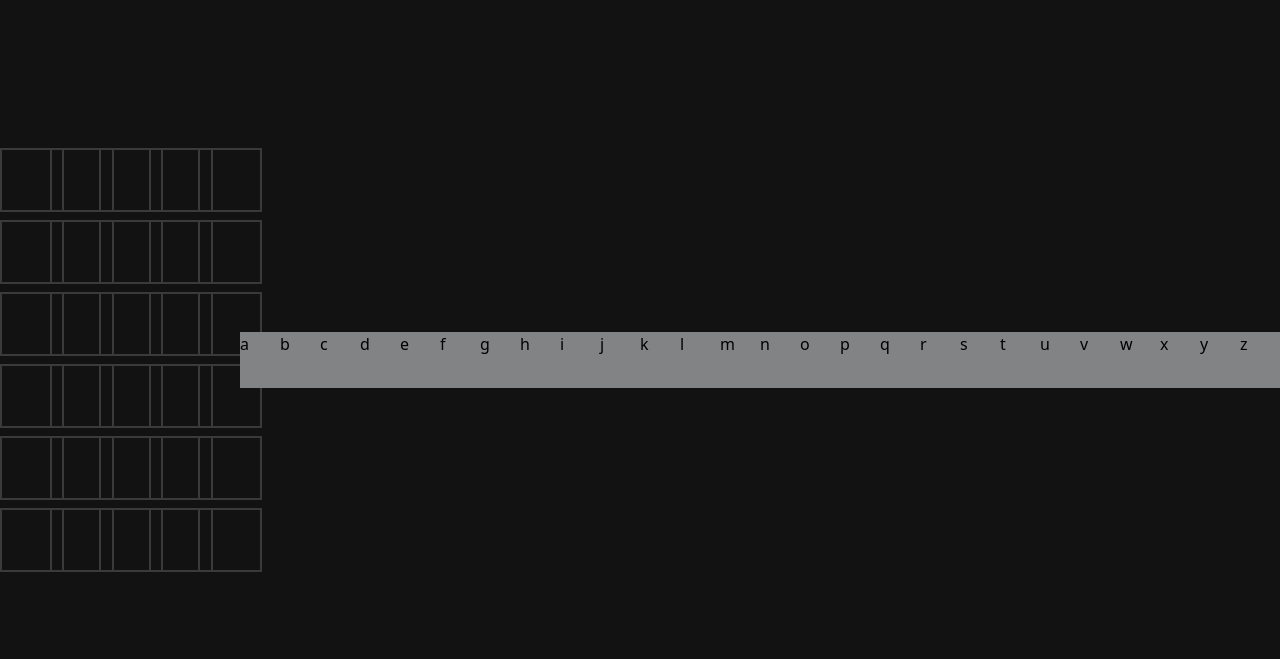
Repository: maxempolk/wordle-app
Page: / (app in frontend/)
An editor plug-in stored every save of this project. The page is shown before and after a run of saves, followed by the edit.
The browser window is 1280 px wide. The pictures show the whole page.
The project was rebuilt for these pictures with package versions that can differ from the ones it lists, and the page was loaded fresh each time. Also part of the build but not shown: frontend/vite.config.ts.

Above is the page before, as saved 2025-02-19 03:15:39.

### frontend/src/assets/main.css
@import 'tailwindcss';

body {
  background-color: #121213;
}

### frontend/src/App.vue
<script setup lang="ts">
import { computed, onMounted, ref } from 'vue'
import TheLetter from './components/TheLetter.vue'
import { useTemplateRef } from 'vue'
import { paintWordle } from './utils/wordle'
import { useRealWordStore } from './stores/realWord'
import theKeyboard from '@/components/TheKeyboard.vue'

const store = useRealWordStore()

const words = ref<string[]>([])
const currentWord = ref<string>('')

type letterType = InstanceType<typeof TheLetter>
const letters = useTemplateRef<letterType[]>('letter')

const completeWord = () => {
  if (words.value.length >= 6 || currentWord.value === undefined) return
  words.value.push(currentWord.value)
  currentWord.value = ''
}

const slotsForCurrentWord = () => {
  const count = words.value.length
  return Array.from({ length: 5 }, (_, i) => count * 5 + i)
}

onMounted(() => {
  addEventListener('keydown', (e: KeyboardEvent) => {
    if (e.key == 'Enter' && currentWord.value.length == 5) {
      const colors = paintWordle(store.word, currentWord.value)
      slotsForCurrentWord().forEach((el: number) => {
        if (letters.value !== null) {
          letters.value[el].completeAnimation(colors[el % 5])
        }
      })
      completeWord()
    } else if (e.key == 'Backspace') currentWord.value = currentWord.value.slice(0, -1)
    else if (e.key.length == 1 && currentWord.value.length < 5) {
      currentWord.value += e.key
    }
  })
})

const rawData = computed(() => {
  return words.value.reduce((word1, word2) => word1 + word2, '') + currentWord.value
})
</script>

<template>
  <div class="flex w-screen h-screen justify-center items-center">
    <div class="grid gap-2 grid-cols-5 w-fit">
      <TheLetter v-for="i in 30" :key="i" :model-value="rawData[i - 1]" ref="letter" />
    </div>
    <theKeyboard />
  </div>
</template>

<style scoped></style>

### frontend/src/components/TheLetter.vue
<script setup lang="ts">
import { computed, ref, useTemplateRef, watch } from 'vue'
import { type State } from '@/types/state'

const props = defineProps<{
  modelValue?: string
}>()

const isRotated = ref(false)
const isScaled = ref(false)
const blockComp = useTemplateRef('block')
const colors = ref<string[]>([])

const scaleAnimation = () => {
  isScaled.value = true
  // blockComp.value?.classList.add('scale-110')

  setTimeout(() => {
    // blockComp.value?.classList.remove('scale-110')
    isScaled.value = false
  }, 150)
}

const stateToColor = (state: State) => {
  if (state == 'placed') return ['bg-[#548D4F]', 'border-[#548D4F]']
  else if (state == 'in-word') return ['bg-[#B69F3B]', 'border-[#B69F3B]']
  return ['bg-[#3A3A3C]', 'border-[#3A3A3C]']
  // else if (state == 'wrong') return 'bg-[#3A3A3C]'
}

const completeAnimation = (state: State) => {
  isRotated.value = true

  setTimeout(() => {
    colors.value = stateToColor(state)
  }, 150)
}

const borderDefaultColor = computed(() => {
  if (isRotated.value) return ''
  if (props.modelValue == undefined) if (props.modelValue === undefined) return 'border-[#3A3A3C]'
  return 'border-[#565758]'
})

watch(
  () => props.modelValue,
  () => {
    scaleAnimation()
  },
)

defineExpose({ completeAnimation })
</script>

<template>
  <div
    class="w-16 h-16 border-2 text-white flex justify-center items-center text-3xl uppercase duration-150"
    :class="[
      ...colors,
      borderDefaultColor,
      { rotateAnimation: isRotated },
      { 'scale-110': isScaled },
    ]"
    ref="block"
  >
    {{ modelValue }}
  </div>
</template>

<style scoped>
@keyframes rotateAnimationKeyFrames {
  0% {
    transform: scaleY(1);
  }
  50% {
    transform: scaleY(0);
  }
  100% {
    transform: scaleY(1);
  }
}

.rotateAnimation {
  animation: rotateAnimationKeyFrames 0.3s linear;
}
</style>

### frontend/src/utils/wordle.ts
import type { State } from '@/types/state'

export function paintWordle(guess: string, secretWord: string) {
  guess = guess.toLowerCase()
  secretWord = secretWord.toLowerCase()

  if (guess.length !== secretWord.length) {
    throw new Error('Words must be of the same length')
  }

  const result = Array(guess.length).fill('wrong')
  const secretWordArray = secretWord.split('') as Array<string | null>

  for (let i = 0; i < guess.length; i++) {
    if (guess[i] === secretWord[i]) {
      result[i] = 'placed'
      secretWordArray[i] = null
    }
  }

  for (let i = 0; i < guess.length; i++) {
    if (result[i] !== 'correct') {
      const index = secretWordArray.indexOf(guess[i])
      if (index !== -1) {
        result[i] = 'in-word'
        secretWordArray[index] = null
      }
    }
  }

  return result as State[]
}

### frontend/src/stores/realWord.ts
import { defineStore } from 'pinia'

export const useRealWordStore = defineStore('realWord', {
  state: () => ({
    word: 'penis',
  }),
  getters: {
    wordValue: (state) => state.word,
  },
  actions: {
    change(newWord: string) {
      this.word = newWord
    },
  },
})

### frontend/src/components/TheKeyboard.vue
<script setup lang="ts">
const alph = 'abcdefghijklmnopqrstuvwxyz'
</script>

<template>
  <div class="flex">
    <div class="bg-[#818384] h-14 w-10" v-for="char in alph" :key="char">
      {{ char }}
    </div>
  </div>
</template>

Loaded but not shown: frontend/index.html (common file); frontend/src/main.ts (common file)

After the next 2 saves:
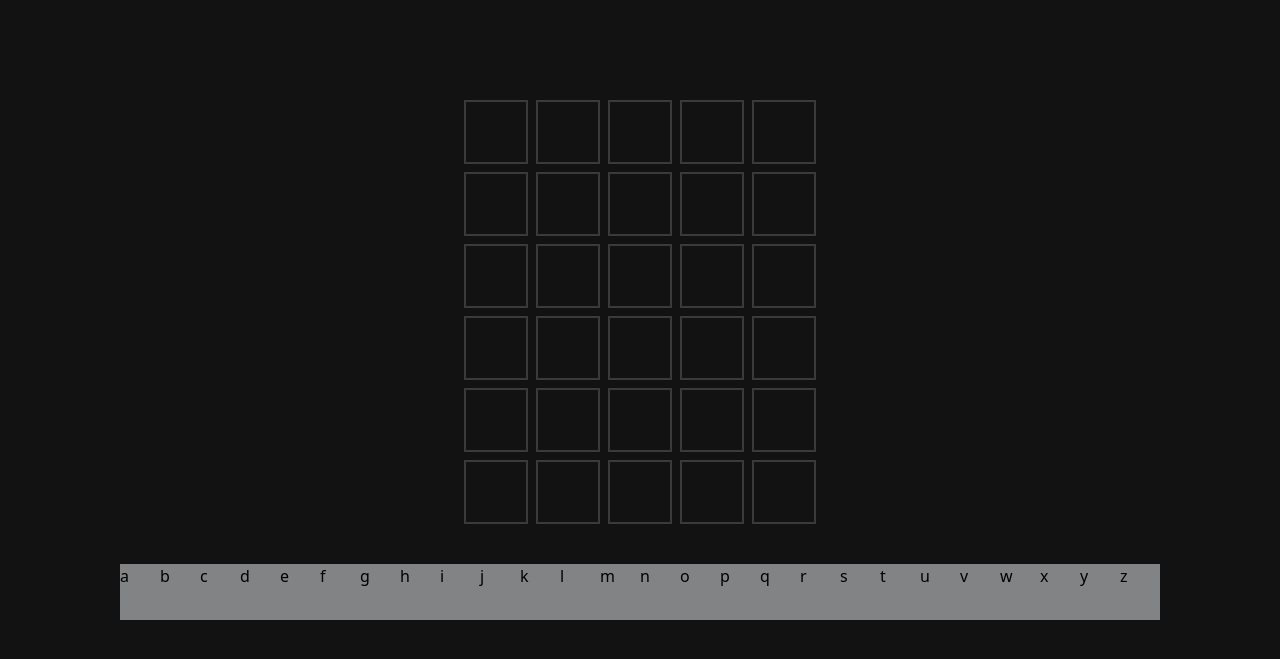
The 2 saves are shown as one change because they came seconds apart.
The last was saved 16 s later.
--- a/frontend/src/App.vue
+++ b/frontend/src/App.vue
@@ -48,7 +48,7 @@ const rawData = computed(() => {
 </script>
 
 <template>
-  <div class="flex w-screen h-screen justify-center items-center">
+  <div class="flex w-screen h-screen justify-center items-center flex-col gap-10">
     <div class="grid gap-2 grid-cols-5 w-fit">
       <TheLetter v-for="i in 30" :key="i" :model-value="rawData[i - 1]" ref="letter" />
     </div>
